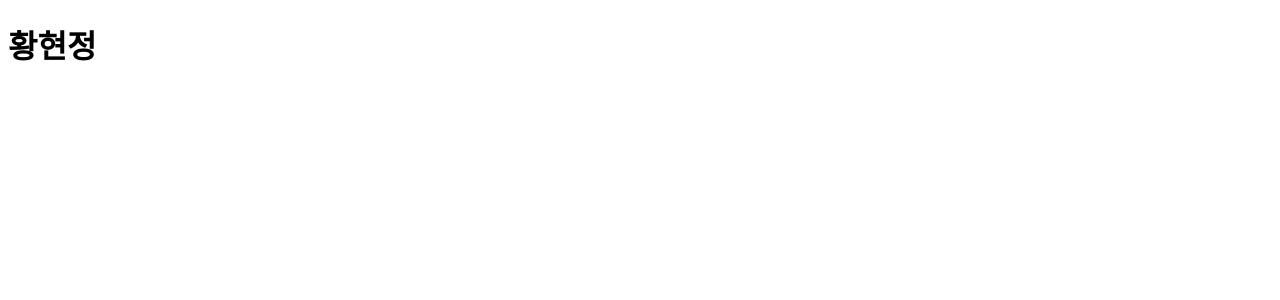
Repository: fhwang2/WEB
Page: http://localhost/190709_JSP_withDB/bookList.jsp
An editor plug-in stored every save of this project. The page is shown before and after the next save, followed by the edit.
The browser window is 1280 px wide. The pictures show the whole page.
The page is served by Tomcat 9. Queries for data that is not in the repository find no rows.

Above is the page before, as saved 2019-07-09 06:50:21.

After the next save:
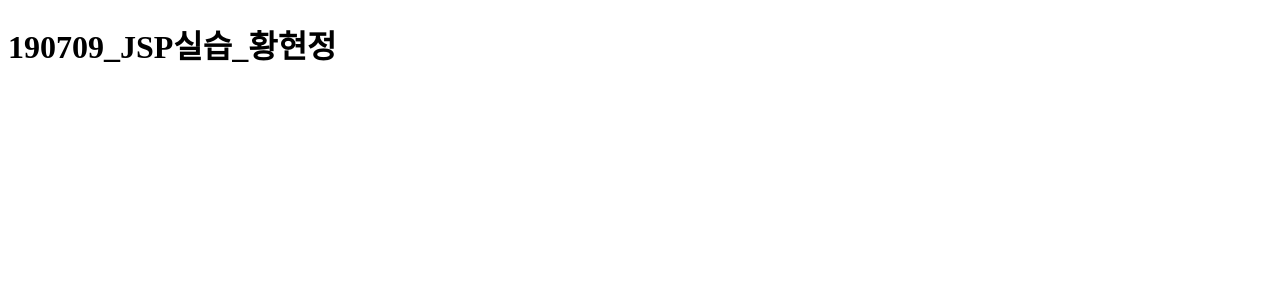
Saved 20 s later.
--- a/190709_JSP_withDB/WebContent/bookList.jsp
+++ b/190709_JSP_withDB/WebContent/bookList.jsp
@@ -47,7 +47,7 @@
 </style>
 </head>
 <body>
-	<h1>황현정</h1>
+	<h1>190709_JSP실습_황현정</h1>
 	<%
 		Class.forName("com.mysql.jdbc.Driver");
 
